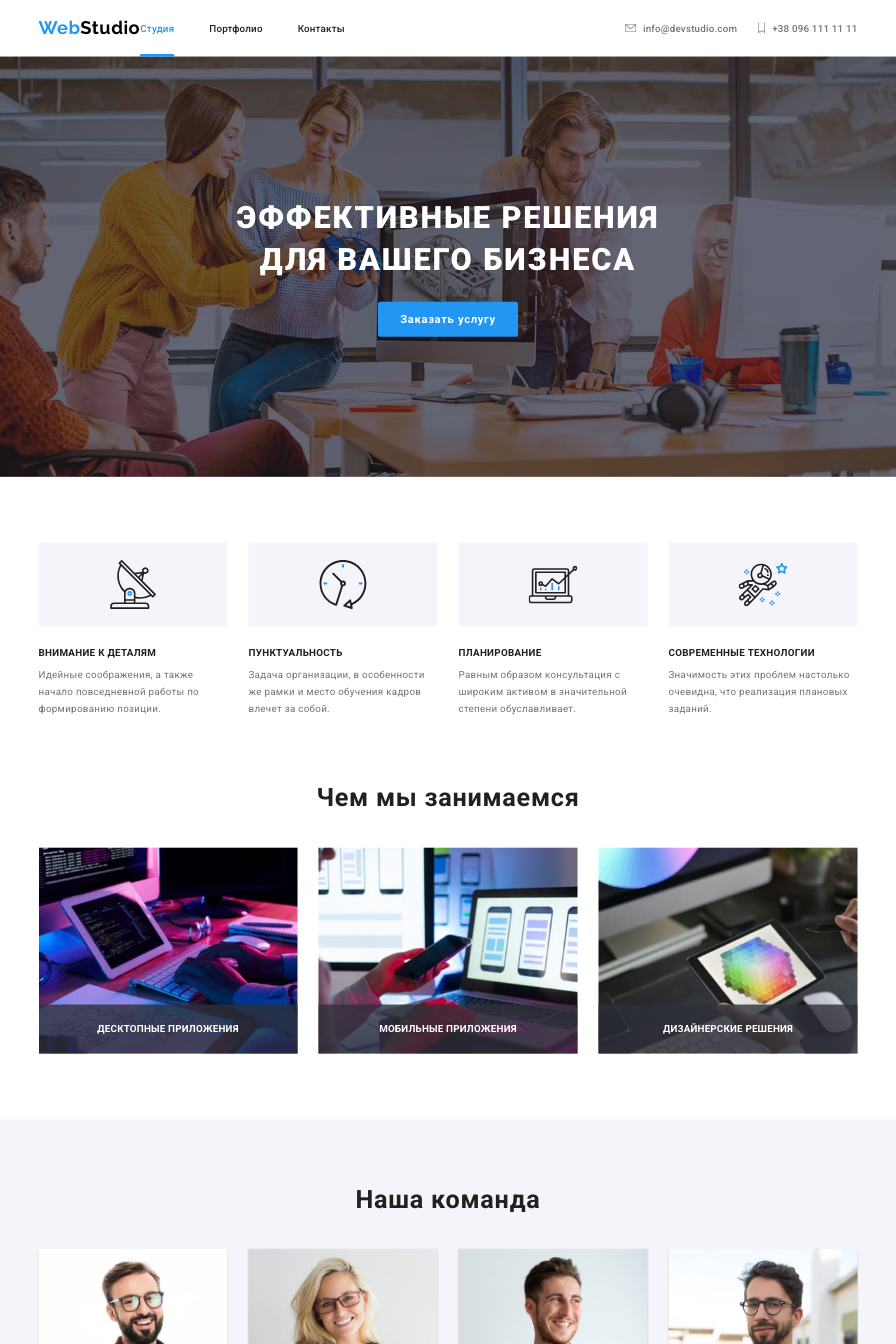
Repository: UliyaKucherernko/home-work-8
Page: index.html
An editor plug-in stored every save of this project. The page is shown before and after the next save, followed by the edit.
The browser window is 1280 px wide. The pictures show the part of the page from y = 0 to 1920 px (the page is 2926 px tall), at 70% of full size.
Some web libraries are served in a nearby version. The style sheet was rebuilt from its Sass, Less or Tailwind sources for each picture, by a compiler version that may differ from the author's.

Above is the page before, as saved 2021-05-04 19:11:46.

### index.html
<!DOCTYPE html>
<html lang="en-ru">
  <head>
    <meta charset="UTF-8" />
    <meta http-equiv="X-UA-Compatible" content="IE=edge" />
    <meta name="viewport" content="width=device-width, initial-scale=1.0" />
    <title>WebStudio Главная</title>
    <link rel="stylesheet" href="https://cdnjs.cloudflare.com/ajax/libs/modern-normalize/1.0.0/modern-normalize.min.css" />
    <link rel="preconnect" href="https://fonts.gstatic.com" />
    <link href="https://fonts.googleapis.com/css2?family=Raleway:wght@700&family=Roboto:wght@400;500;700;900&display=swap" rel="stylesheet" />
    <link rel="stylesheet" href="./css/styles.min.css" />
  </head>
  <body>
    <header class="header">
      <div class="container header__container">
        <nav class="navigation">
          <a href="index.html" class="link logo">
            <span class="web">Web</span><span class="studio">Studio</span></a>
          <ul class="list">
            <li class="header__menu-item">
              <a href="./index.html" class="link header__menu-link current">Студия</a>
            </li>
            <li class="header__menu-item">
              <a href="./porfolio.html" class="link header__menu-link">Портфолио</a>
            </li>
            <li class="header__menu-item">
              <a href="/Contacts" class="link header__menu-link">Контакты</a>
            </li>
          </ul>
        </nav>
        <div class="list header__contact-item">
                    <a class="link header__link" href="mailto:info@devstudio.com">
              <svg class="header__icon" width="16" height="12">
                <use href="./images/icons-sprite.svg#icon-mail"></use>
              </svg>
              info@devstudio.com
            </a>
            <a class="link header__link" href="tel:+380961111111">
              <svg class="header__icon" width="10" height="16">
                <use href="./images/icons-sprite.svg#icon-phone"></use>
              </svg>
              +38 096 111 11 11
            </a>
        </div>
      </div>
    </header>

    <main>
      <!--особенности-->
      <section class="hero__section overlay">
        <div class="container hero">
           <h1 class="hero__sleng">Эффективные решения для вашего бизнеса</h1>
           <button data-modal-open type="button" class="hero__btn">Заказать услугу</button>
     <!-- модалка -->
           <div class="backdrop is-hidden" data-modal>
              <div class="modal">
               <button data-modal-close type="button" class="modal__btn">
                 <svg class="modal__icon-close" width="18" height="18">
                   <use href="./images/icons-sprite.svg#icon-close-black"></use>
                 </svg>
               </button>
              <form class="modal__form">
               <p class="modal__title">Оставьте свои данные, мы вам перезвоним</p>
                  <label for="name" class="modal__lable">Имя</label>
                    <div class="modal__form-block">
                      <input type="text" name="name" required class="modal__input" id="name" />
                        <svg class="modal__icon" width="18" height="18">
                          <use href="./images/icons-sprite.svg#icon-person-black"></use>
                        </svg>
                    </div>
                    <label for="tel" class="modal__lable">Телефон</label>
                    <div class="modal__form-block">
                      <input type="tel" name="tel" required class="modal__input" id="tel" />
                      <svg class="modal__icon" width="18" height="18">
                        <use href="./images/icons-sprite.svg#icon-phone-black"></use>
                      </svg>
                    </div>
                    <label for="mail" class="modal__lable">Почта</label>
                    <div class="modal__form-block">
                      <input type="email" name="email" required class="modal__input" id="mail" />
                      <svg class="modal__icon" width="18" height="18">
                        <use href="./images/icons-sprite.svg#icon-email-black"></use>
                      </svg>
                    </div>
                    <label for="commints" class="modal__lable">Коментарий
                    <textarea name="commints" id="commints" rows="8" class="modal__commint" placeholder="Введите текст"></textarea>
                  </label>

                  <div class="contract">
                    <label class="contract-text">
                      <input type="checkbox" name="confirm">
                      <span contenteditable="" class="contract-checkbox"></span>Соглашаюсь с рассылкой и принимаю
                      <a href="" class="contract__link">Условия договора</a>
                    </label>
                    </div>
                    <button type="submit" class="modal__button-close">Отправить</button>
                  </form>
           </div>
           </div>
        </div>

      </section>
      <!--требования к команде-->
      <section class="features">
        <div class="container">
          <ul class="feature__list">
            <li class="feature__item">
                 <div class="feature__icon">
                   <svg class="features__icon" width="70" height="70">
                    <use href="./images/icons-sprite.svg#icon-antenna"></use>
                   </svg>
                  </div>
                <h3 class="feature__main-text">Внимание к деталям</h3>
                <p class="feature__text">
                  Идейные соображения, а также начало повседневной работы по
                  формированию позиции.</p>
            </li>
          <li class="feature__item">
              <div class="feature__icon">
                <svg class="features__icon" width="70" height="70">
                  <use href="./images/icons-sprite.svg#icon-clock"></use>
                </svg>
              </div>
               <h3 class="feature__main-text">Пунктуальность</h3>
                <p class="feature__text">
                  Задача организации, в особенности же рамки и место обучения
                  кадров влечет за собой.
                </p>
           </li>
          <li class="feature__item">
             <div class="feature__icon">
                <svg class="features__icon" width="70" height="70">
                  <use href="./images/icons-sprite.svg#icon-diagram"></use>
                </svg>
              </div>
              <h3 class="feature__main-text">Планирование</h3>
                <p class="feature__text">
                  Равным образом консультация с широким активом в значительной
                  степени обуславливает.
                </p>
            </li>
            <li class="feature__item">
              <div class="feature__icon">
                <svg class="features__icon" width="70" height="70">
                  <use href="./images/icons-sprite.svg#icon-astronaut"></use>
                </svg>
              </div>
                <h3 class="feature__main-text">Современные технологии</h3>
                <p class="feature__text">
                  Значимость этих проблем настолько очевидна, что реализация
                  плановых заданий. </p>
              </li>
          </ul>
        </div>
      </section>

      <!--3 бокса-->
      <section class="work">
        <div class="container">
          <h2 class="section-title">Чем мы занимаемся</h2>
          <ul class="work__boxes">
            <li class="work__box-product">
               <img src="./images/box-1.jpg" alt="работа на планшете" width="370"/>
               <div class="work__content">
                <p>Десктопные приложения</p>
              </div>
            </li>
            <li class="work__box-product">
                <img src="./images/box-2.jpg" alt="мобильные приложения" width="370"/>
                <div class="work__content">
                  <p>Мобильные приложения</p>
                </div>
            </li>
            <li class="work__box-product">
                <img src="./images/box-3.jpg" alt="цветные соты на планшете" width="370"/>
                <div class="work__content">
                  <p>Дизайнерские решения</p>
                </div>
              </li>
          </ul>
        </div>
      </section>

      <!--Команда-->
      <section class="team">
        <div class="container">
          <h2 class="section-title">Наша команда</h2>
          <ul class="team__body">
            <li class="team__card">
              <img
                src="./images/igor.jpg"
                alt="парень в очках с бородой и в бордовой рубашке"
                width="270"
                height="260"
              />
              <div class="team__names">
                <h3 class="names">Игорь Демьяненко</h3>
                <p lang="en" class="team__profession">Product Designer</p>
                <ul class="social-icons">
                  <li class="social-icon-item">
                    <a href="" class="social-icon-link team__icon">
                      <svg>
                        <use
                          href="./images/icons-sprite.svg#icon-instagram"
                        ></use>
                      </svg>
                    </a>
                  </li>
                  <li class="social-icon-item">
                    <a href="" class="social-icon-link team__icon">
                      <svg>
                        <use
                          href="./images/icons-sprite.svg#icon-twitter"
                        ></use>
                      </svg>
                    </a>
                  </li>
                  <li class="social-icon-item">
                    <a href="" class="social-icon-link team__icon">
                      <svg>
                        <use
                          href="./images/icons-sprite.svg#icon-facebook"
                        ></use>
                      </svg>
                    </a>
                  </li>
                  <li class="social-icon-item">
                    <a href="" class="social-icon-link team__icon">
                      <svg>
                        <use
                          href="./images/icons-sprite.svg#icon-linkedin"
                        ></use>
                      </svg>
                    </a>
                  </li>
                </ul>
              </div>
            </li>
            <li class="team__card">
              <img
                src="./images/olga.jpg"
                alt="бизнесс блондинка в очках"
                width="270"
                height="260"
              />
              <div class="team__names">
                <h3 class="names">Ольга Репина</h3>
                <p lang="en" class="team__profession">Frontend Developer</p>
                <ul class="social-icons">
                  <li class="social-icon-item">
                    <a href="" class="social-icon-link team__icon">
                      <svg>
                        <use
                          href="./images/icons-sprite.svg#icon-instagram"
                        ></use>
                      </svg>
                    </a>
                  </li>
                  <li class="social-icon-item">
                    <a href="" class="social-icon-link team__icon">
                      <svg>
                        <use
                          href="./images/icons-sprite.svg#icon-twitter"
                        ></use>
                      </svg>
                    </a>
                  </li>
                  <li class="social-icon-item">
                    <a href="" class="social-icon-link team__icon">
                      <svg>
                        <use
                          href="./images/icons-sprite.svg#icon-facebook"
                        ></use>
                      </svg>
                    </a>
                  </li>
                  <li class="social-icon-item">
                    <a href="" class="social-icon-link team__icon">
                      <svg>
                        <use
                          href="./images/icons-sprite.svg#icon-linkedin"
                        ></use>
                      </svg>
                    </a>
                  </li>
                </ul>
              </div>
            </li>
            <li class="team__card">
              <img
                src="./images/nicolai.jpg"
                alt="парень в белой рубашке"
                width="270"
                height="260"
              />
              <div class="team__names">
                <h3 class="names">Николай Тарасов</h3>
                <p lang="en" class="team__profession">Marketing</p>
                <ul class="social-icons">
                  <li class="social-icon-item">
                    <a href="" class="social-icon-link team__icon">
                      <svg>
                        <use
                          href="./images/icons-sprite.svg#icon-instagram"
                        ></use>
                      </svg>
                    </a>
                  </li>
                  <li class="social-icon-item">
                    <a href="" class="social-icon-link team__icon">
                      <svg>
                        <use
                          href="./images/icons-sprite.svg#icon-twitter"
                        ></use>
                      </svg>
                    </a>
                  </li>
                  <li class="social-icon-item">
                    <a href="" class="social-icon-link team__icon">
                      <svg>
                        <use
                          href="./images/icons-sprite.svg#icon-facebook"
                        ></use>
                      </svg>
                    </a>
                  </li>
                  <li class="social-icon-item">
                    <a href="" class="social-icon-link team__icon">
                      <svg>
                        <use
                          href="./images/icons-sprite.svg#icon-linkedin"
                        ></use>
                      </svg>
                    </a>
                  </li>
                </ul>
              </div>
            </li>
            <li class="team__card">
              <img
                src="./images/mihael.jpg"
                alt="парень в черной футболке и в очках"
                width="270"
                height="260"
              />
              <div class="team__names">
                <h3 class="names">Михаил Ермаков</h3>
                <p lang="en" class="team__profession">UI Designer</p>
                <ul class="social-icons">
                  <li class="social-icon-item">
                    <a href="" class="social-icon-link team__icon">
                      <svg>
                        <use
                          href="./images/icons-sprite.svg#icon-instagram"
                        ></use>
                      </svg>
                    </a>
                  </li>
                  <li class="social-icon-item">
                    <a href="" class="social-icon-link team__icon">
                      <svg>
                        <use
                          href="./images/icons-sprite.svg#icon-twitter"
                        ></use>
                      </svg>
                    </a>
                  </li>
                  <li class="social-icon-item">
                    <a href="" class="social-icon-link team__icon">
                      <svg>
                        <use
                          href="./images/icons-sprite.svg#icon-facebook"
                        ></use>
                      </svg>
                    </a>
                  </li>
                  <li class="social-icon-item">
                    <a href="" class="social-icon-link team__icon">
                      <svg>
                        <use
                          href="./images/icons-sprite.svg#icon-linkedin"
                        ></use>
                      </svg>
                    </a>
                  </li>
                </ul>
              </div>
            </li>
          </ul>
        </div>
      </section>

      <!-- постоянные клиенты -->
      <section class="clients">
        <div class="container">
          <h2 class="section-title">Постоянные клиенты</h2>
          <ul class="clients__list">
            <li class="clients__item">
              <a class="client__link" href="">
                <svg class="client__logo" width="44" height="50">
                  <use href="./images/icons-sprite.svg#icon-logo-1"></use>
                </svg>
              </a>
            </li>
            <li class="clients__item">
              <a class="client__link" href="">
                <svg class="client__logo" width="40" height="52">
                  <use href="./images/icons-sprite.svg#icon-logo-2"></use>
                </svg>
              </a>
            </li>
            <li class="clients__item">
              <a class="client__link" href="">
                <svg class="client__logo" width="41" height="42">
                  <use href="./images/icons-sprite.svg#icon-logo-3"></use>
                </svg>
              </a>
            </li>
            <li class="clients__item">
              <a class="client__link" href="">
                <svg class="client__logo" width="79" height="42">
                  <use href="./images/icons-sprite.svg#icon-logo-4"></use>
                </svg>
              </a>
            </li>
            <li class="clients__item">
              <a class="client__link" href="">
                <svg class="client__logo" width="59" height="47">
                  <use href="./images/icons-sprite.svg#icon-logo-5"></use>
                </svg>
              </a>
            </li>
            <li class="clients__item">
              <a class="client__link" href="">
                <svg class="client__logo" width="88" height="45">
                  <use href="./images/icons-sprite.svg#icon-logo-6"></use>
                </svg>
              </a>
            </li>
          </ul>
        </div>
      </section>
    </main>

    <!--подвал-->
    <footer class="footer">
      <div class="container footer__container">
          <div class="footer__block">
            <a class="link logo" href="index.html">
              <span class="web">Web</span><span class="footer__studio">Studio</span></a>
            <address>
              <ul class="footer__list">
                <li>
                  <a href="" class="link footer__adress">г. Киев, пр-т Леси Украинки, 26</a>
                </li>
                <li>
                  <a href="mailto:info@example.com" class="link footer__contact">info@example.com</a>
                </li>
                <li>
                  <a href="+380991111111" class="link footer__contact">+38 099 111 11 11</a>
                </li>
              </ul>
            </address>
          </div>
          <div class="footer__block">
                         <p class="footer__sleng">присоединяйтесь</p>
                       <ul class="social-icons">
              <li class="social-icon-item">
                <a href="" class="social-icon-link footer__icon">
                  <svg>
                    <use href="./images/icons-sprite.svg#icon-instagram"></use>
                  </svg>
                </a>
              </li>
              <li class="social-icon-item">
                <a href="" class="social-icon-link footer__icon">
                  <svg>
                    <use href="./images/icons-sprite.svg#icon-twitter"></use>
                  </svg>
                </a>
              </li>
              <li class="social-icon-item">
                <a href="" class="social-icon-link footer__icon">
                  <svg>
                    <use href="./images/icons-sprite.svg#icon-facebook"></use>
                  </svg>
                </a>
              </li>
              <li class="social-icon-item">
                <a href="" class="social-icon-link footer__icon">
                  <svg>
                    <use href="./images/icons-sprite.svg#icon-linkedin"></use>
                  </svg>
                </a>
              </li>
            </ul>
        </div>
              <div class="footer__block">
                <p class="footer__sleng">подпишитесь на рассылку</p>
                 <form name="footer__form" class="footer__form" novalidate>
                      <input type="email" name="email" class="footer__contact-form" id="user_email" placeholder="E-mail" />
                     <button type="submit" class="footer__button">Подписаться
                        <svg class="footer__icon-send" width="24px" height="24px">
                          <use href="./images/icons-sprite.svg#icon-icon-send"></use>
                        </svg>
                      </button>
                   </form>
              </div>
        </div>
    </footer>
    <script src="./js/modal.js"></script>
  </body>
</html>

### sass/utils/_variables.scss
:root {
  --main-text-color: #757575;
  --accent-color: #2196f3;
  --title-color: #212121;
  --dark-bg-color: #2f303a;
  --content-color: #ffffff;
  --team-color: #f5f4fa;
  --social-color: #afb1b8;
  --grid-item: 1;
}

### sass/base/_common.scss
:focus {
  outline: none;
}

*,
*::after,
*::before {
  box-sizing: inherit;
}

address {
  font-style: normal;
}

body {
  font-family: "Roboto", sans-serif;
  font-size: 14px;
  font-weight: 500;
  line-height: 16px;
  letter-spacing: 0.02em;
  text-align: left;
  color: var(--main-text-color);
  margin: 0;
}

.link {
  text-decoration: none;
  color: inherit;
}
h1,
h2,
h3,
p,
ul,
li {
  margin: 0;
  padding: 0;
}

.list {
  display: flex;
  justify-content: center;
  margin-top: 0;
  margin-bottom: 0;
  padding-left: 0;
  list-style: none;
}

### sass/base/_container.scss
.container {
  width: 1200px;
  padding-left: 15px;
  padding-right: 15px;
  margin-right: auto;
  margin-left: auto;
  box-sizing: border-box;
}

### sass/base/_logo.scss
.studio {
  color: #000000;
}

.web {
  color: var(--accent-color);
}

.logo {
  font-family: Raleway;
  font-weight: 700;
  font-size: 26px;
  line-height: 1.19;
  letter-spacing: 0.03em;
}

### sass/components/_button.scss
button:hover,
button:focus {
  background: var(--accent-color);
  color: var(--content-color);
  transition-duration: 250ms;
  transition-timing-function: cubic-bezier(0.4, 0, 0.2, 1);
}

button {
  cursor: pointer;
  font-family: inherit;
}

### sass/components/_social-icon.scss
.social-icons {
  display: inline-flex;
}

.social-icon-item {
  display: block;
}

.social-icon-item svg {
  width: 20px;
  height: 20px;
}

.social-icon-item:not(:last-child) {
  margin-right: 10px;
}

.social-icon-link {
  display: flex;
  justify-content: center;
  align-items: center;
  width: 44px;
  height: 44px;
  border-radius: 50%;
}

Loaded but not shown: js/modal.js (common file); sass/styles.scss (874 lines, source omitted); sass/vendors/_modern-normalize.scss (1 lines, source omitted)

After the next save:
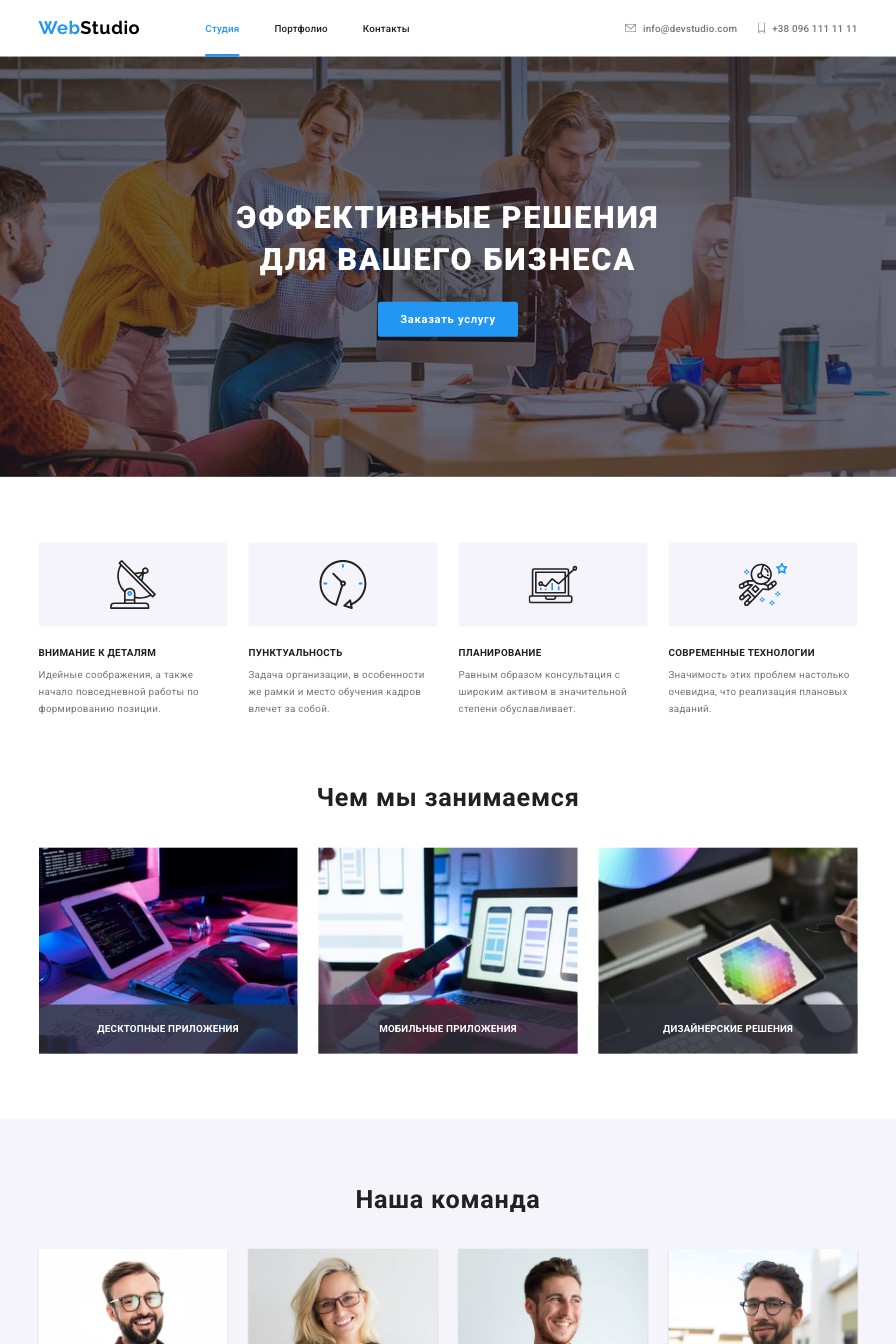
Saved 29 s later.
--- a/sass/base/_logo.scss
+++ b/sass/base/_logo.scss
@@ -1,5 +1,6 @@
 .studio {
   color: #000000;
+  margin-right: 93px;
 }
 
 .web {
